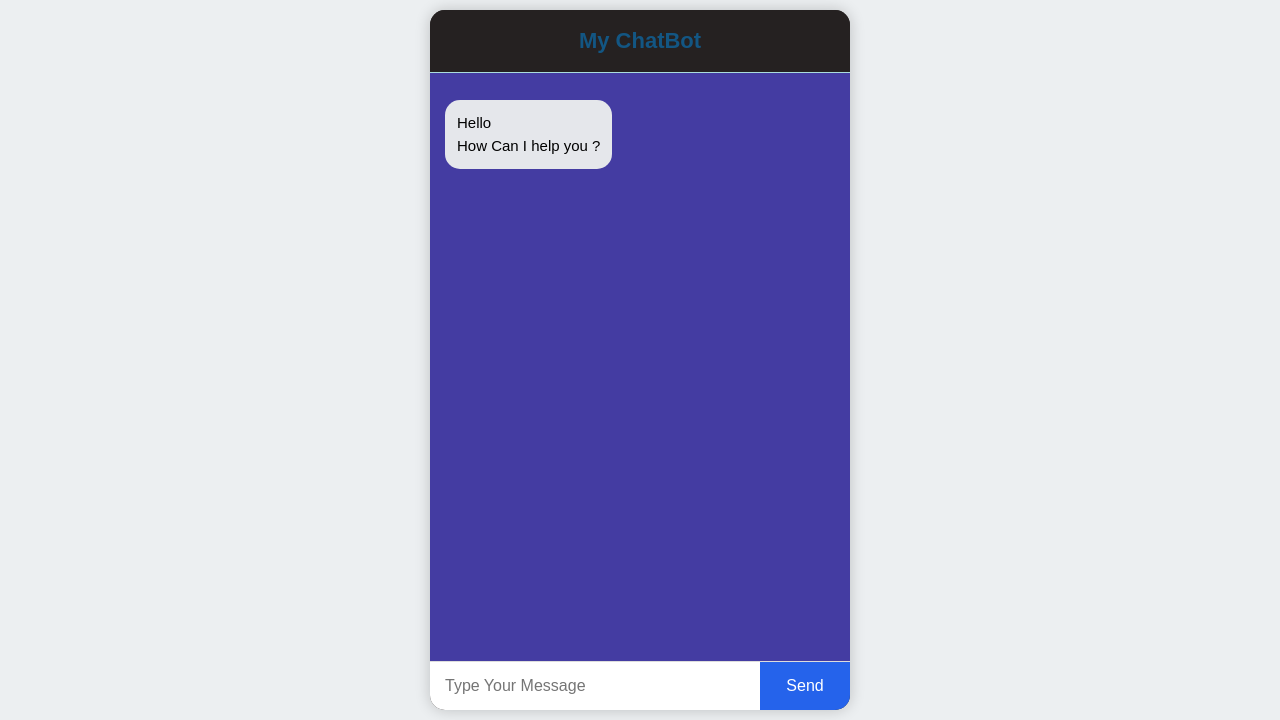
Repository: nt269782-web/Offline-ChatBot
Page: front.html
The author's editor kept a copy of each file at every save. The page is drawn from the files as they stood at one save, then again after the next save.
The browser window is 1280 px wide. The pictures show the whole page.

Above is the page before, as saved 2026-07-11 23:05:38.

After the next save:
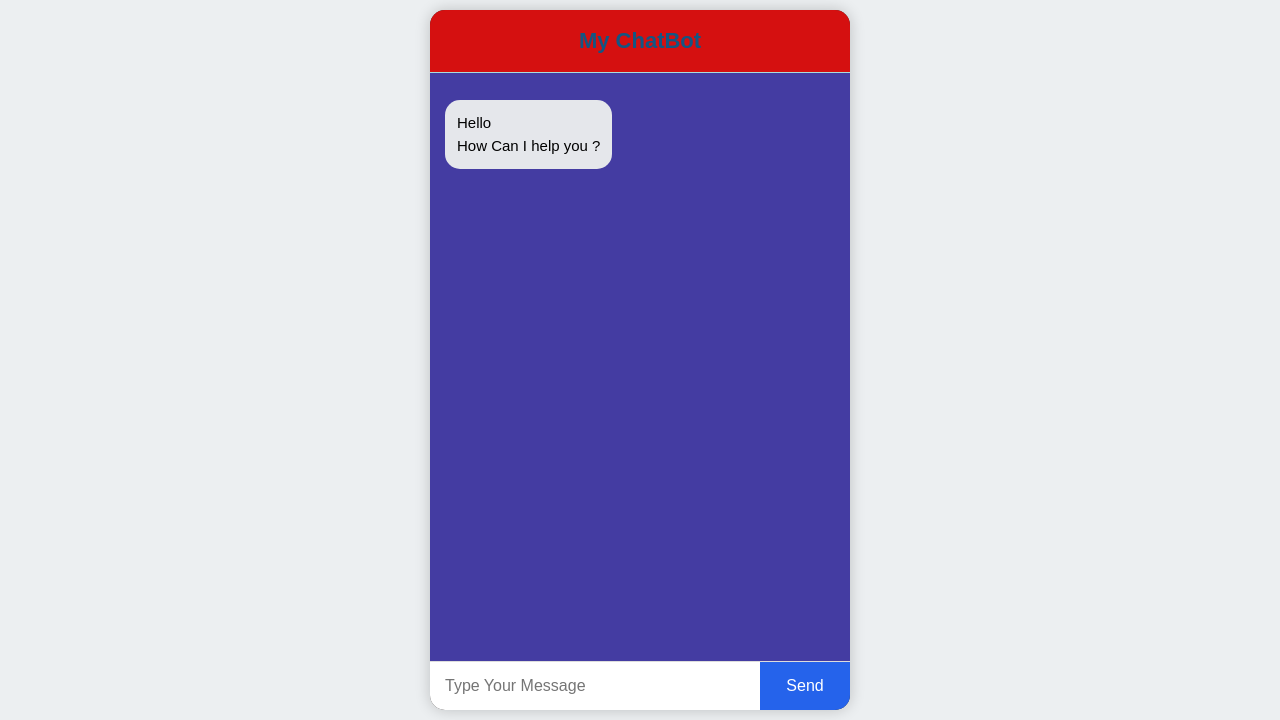
Saved 5 s later.
--- a/front.html
+++ b/front.html
@@ -32,7 +32,7 @@
 
         }
         .header{
-            background-color: rgb(37, 33, 33);
+            background-color: rgb(213, 16, 16);
             color: #135683;
             text-align: center;
             font-size: 22px;
